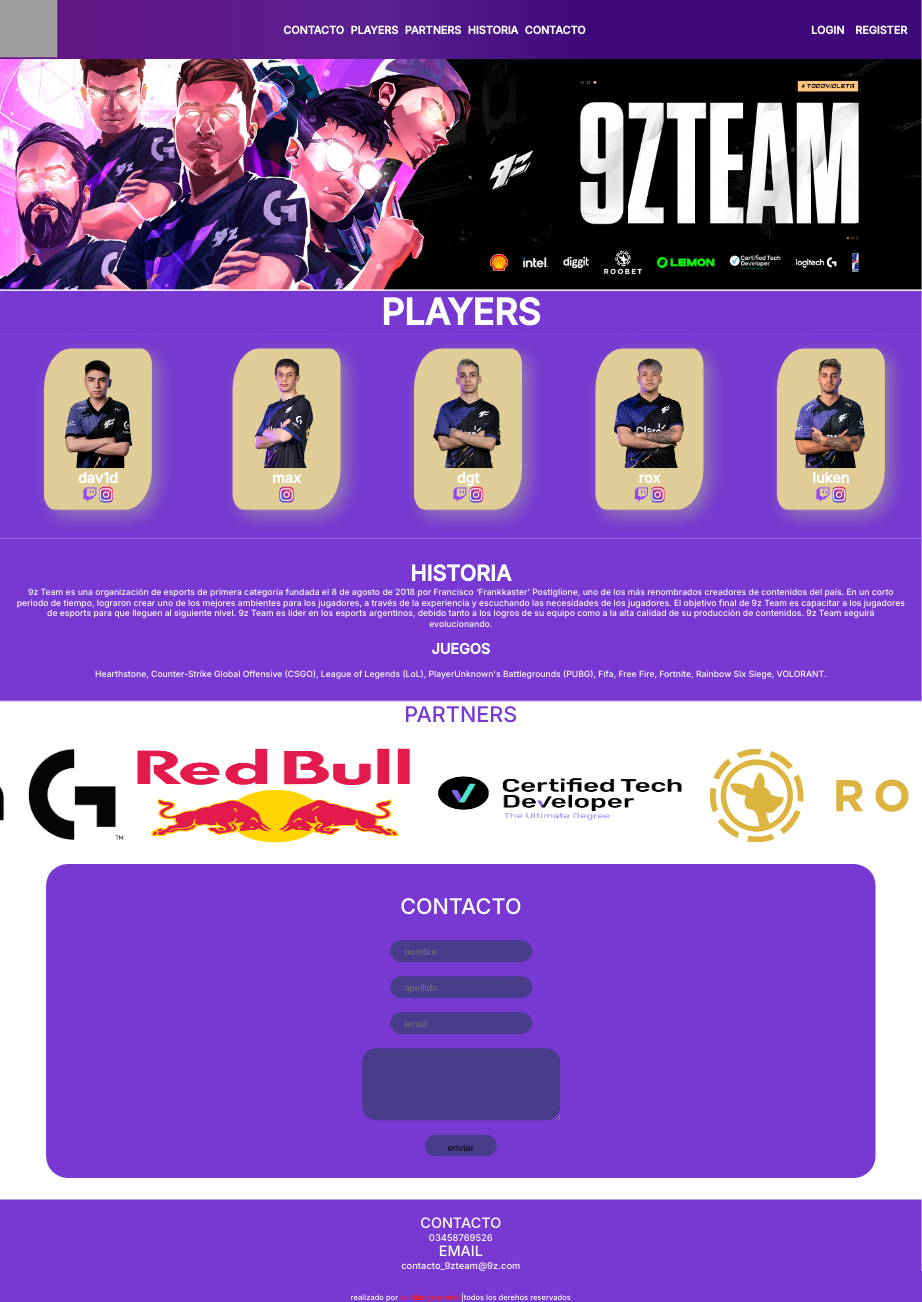
Repository: santig20/trabajo-practico-integrador-nuncba-html-css-
Page: index.html
An editor plug-in stored every save of this project. The page is shown before and after a run of saves, followed by the edit.
The browser window is 1280 px wide. The pictures show the whole page, at 72% of full size.
Pictures or frames that could not be fetched are drawn as grey boxes. Some web libraries are served in a nearby version.

Above is the page before, as saved 2022-06-25 00:28:59.

After the next 5 saves:
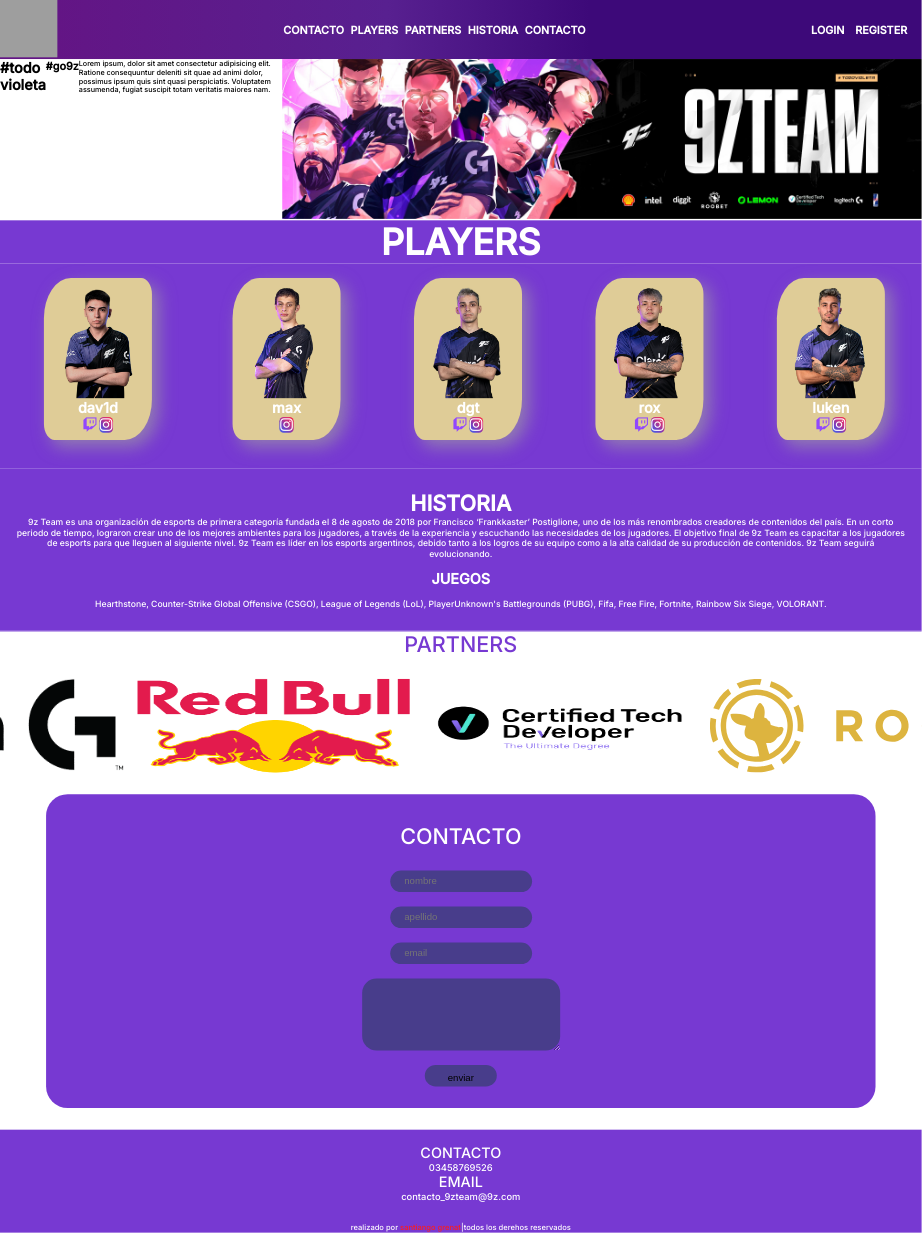
The 5 saves are shown as one change because they came seconds apart.
The last was saved 53 s later.
--- a/desktop.css
+++ b/desktop.css
@@ -15,6 +15,9 @@
         display: flex;
     }
 
+    .texto_hero {
+        display: flex;
+    }
     .texto_hero h1{
         font-size: 2rem
     }
